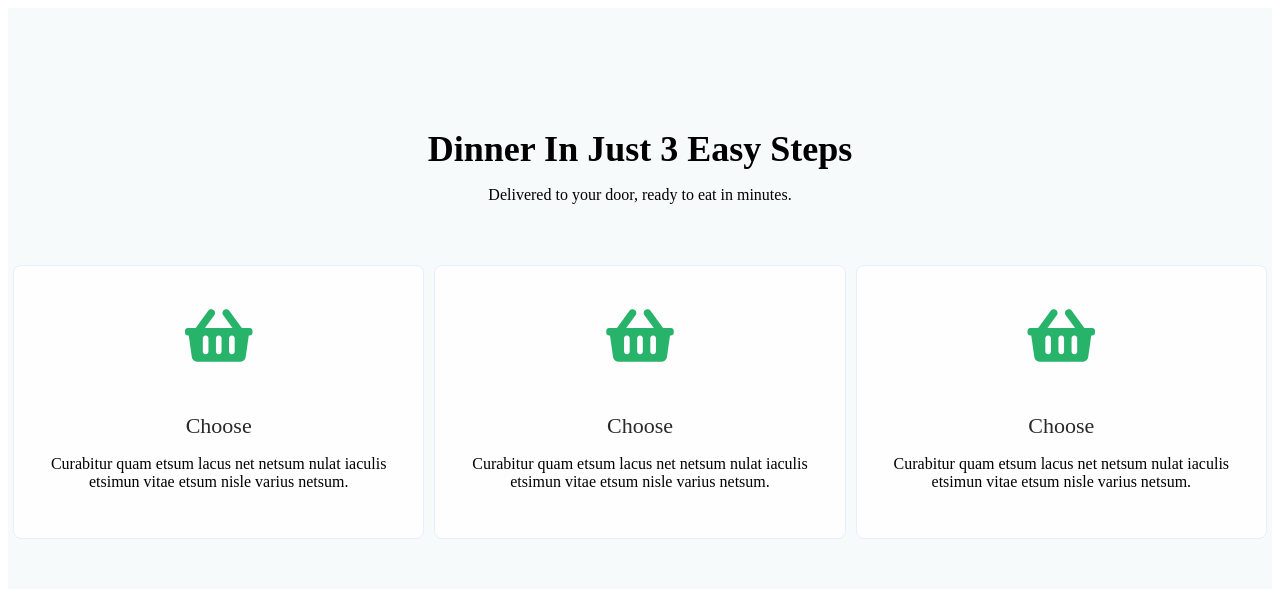
Repository: ST-United-Internship/leadpage
Page: card-UI.html
These files come from the project's save history. The page is drawn as it stood at one moment and after a run of saves; the edit follows.
The browser window is 1280 px wide. The pictures show the whole page.

Above is the page before, as saved 2023-03-15 15:10:11.

After the next 2 saves:
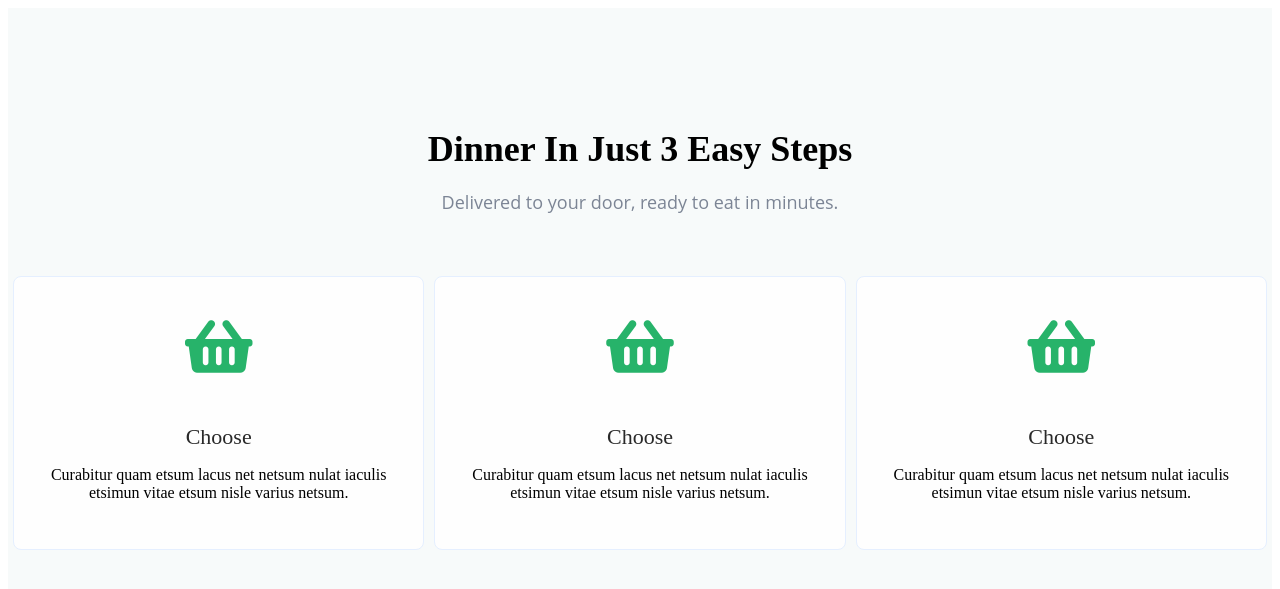
The 2 saves are shown as one change because they came seconds apart.
The last was saved 11 s later.
--- a/css/card-UI.css
+++ b/css/card-UI.css
@@ -19,7 +19,7 @@ section{
     margin-bottom: 10px;
 }
 
-.about .columm .title-text p{
+.about .row-title .title-text p{
     font-size: 18px;
     line-height: 28px;
     font-weight: 400;
